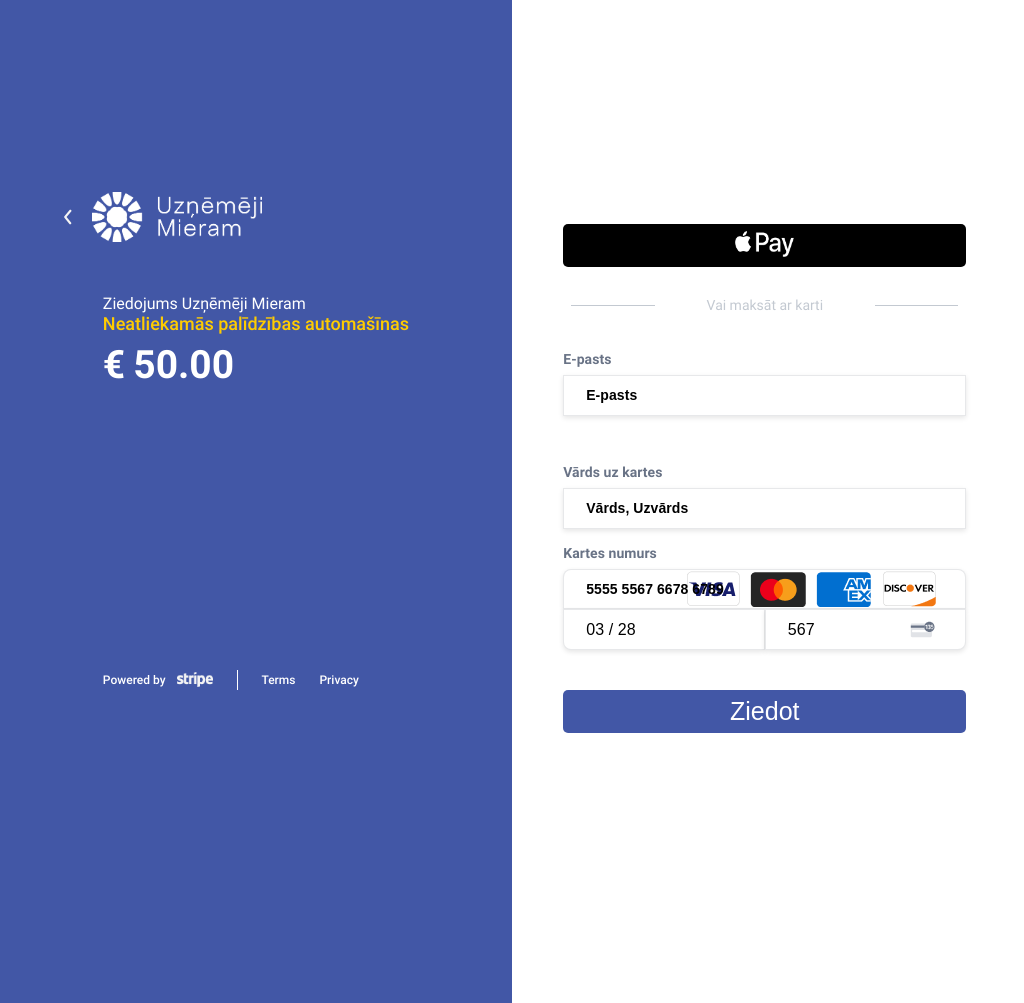
Repository: KatrinaPa/projekts_jul
Page: stripe.html
These files come from the project's save history. The page is drawn as it stood at one moment and after the next save; the edit follows.
The browser window is 1024 px wide. The pictures show the whole page.

Above is the page before, as saved 2023-08-02 15:33:00.

After the next save:
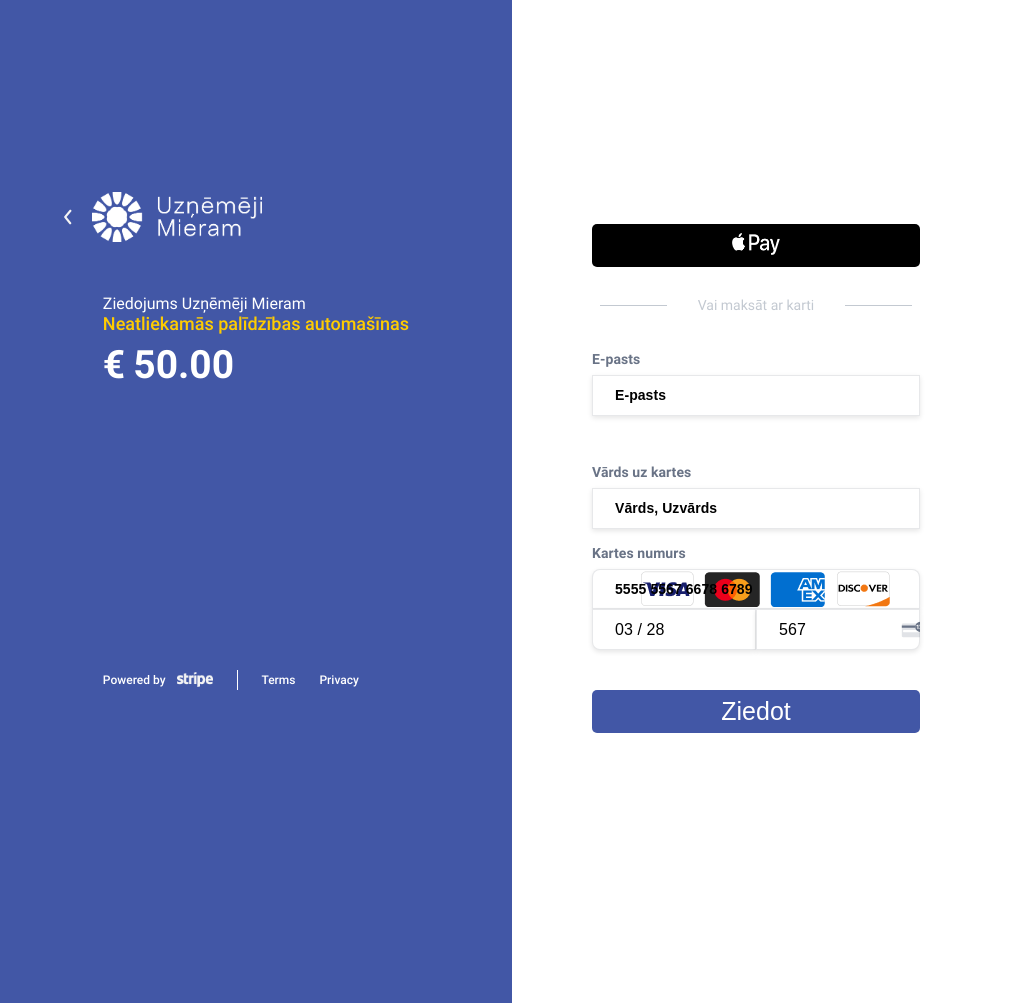
Saved 99 s later.
--- a/assets/stripe-styles.css
+++ b/assets/stripe-styles.css
@@ -276,7 +276,7 @@
     }
 
     .wrapper_right {
-        padding: 13rem 3.6rem 0 3.2rem;
+        padding: 13rem 6.5rem 0 5rem;
     }
 
     .pay-card-line {
